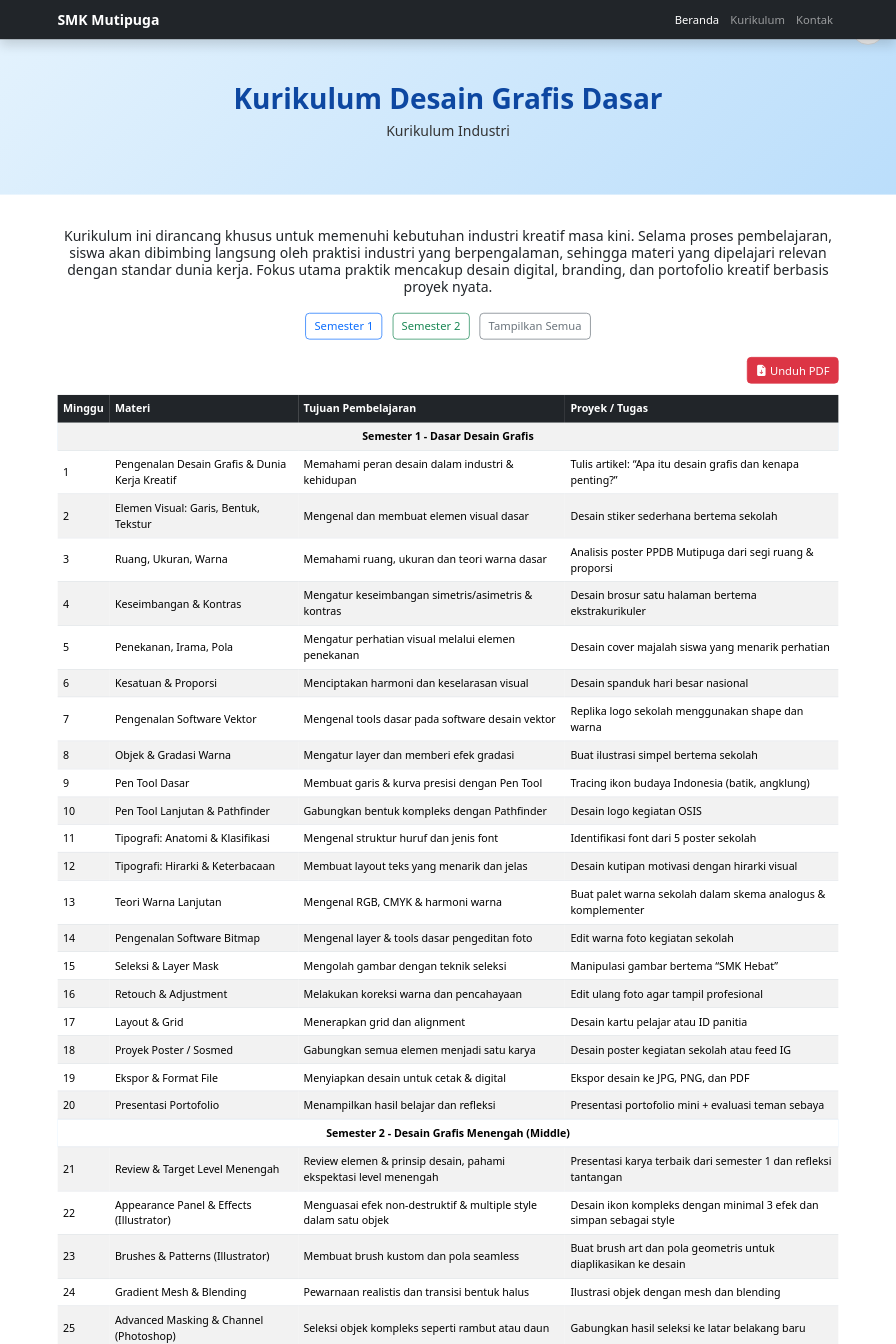
Repository: ppdbsmkmutipuga/kurikulumdesain
Page: index.html
An editor plug-in stored every save of this project. The page is shown before and after a run of saves, followed by the edit.
The browser window is 1280 px wide. The pictures show the part of the page from y = 0 to 1920 px (the page is 2957 px tall), at 70% of full size.

Above is the page before, as saved 2025-07-01 05:23:47.

### index.html
<!DOCTYPE html>
<html lang="id">

<head>
    <meta charset="UTF-8" />
    <meta name="viewport" content="width=device-width, initial-scale=1.0" />
    <title>Kurikulum Desain Grafis - SMK Mutipuga</title>
    <link href="https://cdn.jsdelivr.net/npm/bootstrap@5.3.3/dist/css/bootstrap.min.css" rel="stylesheet" />
    <link href="https://cdnjs.cloudflare.com/ajax/libs/aos/2.3.4/aos.css" rel="stylesheet" />
    <link href="https://cdn.jsdelivr.net/npm/bootstrap-icons@1.10.5/font/bootstrap-icons.css" rel="stylesheet">
    <link rel="stylesheet" href="style.css">
    <script src="https://cdnjs.cloudflare.com/ajax/libs/html2pdf.js/0.10.1/html2pdf.bundle.min.js"></script>

</head>

<body>
    <button class="btn btn-outline-light mode-toggle position-fixed top-0 end-0 m-3" onclick="toggleMode()"
        title="Mode Gelap/Terang">
        <i class="bi bi-moon-stars-fill"></i>
    </button>


    <!-- Navbar -->
    <nav class="navbar navbar-expand-lg navbar-dark bg-dark sticky-top shadow">
        <div class="container">
            <a class="navbar-brand fw-bold" href="#">SMK Mutipuga</a>
            <button class="navbar-toggler" type="button" data-bs-toggle="collapse" data-bs-target="#navMenu"
                aria-controls="navMenu" aria-expanded="false" aria-label="Toggle navigation">
                <span class="navbar-toggler-icon"></span>
            </button>
            <div class="collapse navbar-collapse" id="navMenu">
                <ul class="navbar-nav ms-auto mb-2 mb-lg-0">
                    <li class="nav-item">
                        <a class="nav-link active" href="#">Beranda</a>
                    </li>
                    <li class="nav-item">
                        <a class="nav-link" href="#pdf-content">Kurikulum</a>
                    </li>
                    <li class="nav-item">
                        <a class="nav-link" href="#footer">Kontak</a>
                    </li>
                </ul>
            </div>
        </div>
    </nav>

    <!-- Hero Section -->
    <section class="hero" data-aos="fade-down">
        <div class="container">
            <h1>Kurikulum Desain Grafis Dasar</h1>
            <p class="lead">Kurikulum Industri</p>
        </div>
    </section>

    <!-- Table Section -->
    <section class="container my-5" data-aos="fade-up">
        <h5 class="section-title text-center">
            Kurikulum ini dirancang khusus untuk memenuhi kebutuhan industri kreatif masa kini.
            Selama proses pembelajaran, siswa akan dibimbing langsung oleh praktisi industri yang berpengalaman,
            sehingga materi yang dipelajari relevan dengan standar dunia kerja.
            Fokus utama praktik mencakup desain digital, branding, dan portofolio kreatif berbasis proyek nyata.
        </h5>

        <div class="filter-buttons">
            <button class="btn btn-outline-primary" onclick="filterSemester(1)">Semester 1</button>
            <button class="btn btn-outline-success" onclick="filterSemester(2)">Semester 2</button>
            <button class="btn btn-outline-secondary" onclick="filterSemester(0)">Tampilkan Semua</button>
        </div>
        <div class="text-end my-3">
            <button class="btn btn-danger" onclick="downloadPDF()">
                <i class="bi bi-file-earmark-arrow-down-fill"></i> Unduh PDF
            </button>
        </div>

        <div id="pdf-content">
            <div class="table-container">
                <div class="table-responsive">
                    <table class="table table-striped table-hover align-middle mb-0" id="kurikulumTable">
                        <thead class="table-dark">
                            <tr>
                                <th scope="col">Minggu</th>
                                <th scope="col">Materi</th>
                                <th scope="col">Tujuan Pembelajaran</th>
                                <th scope="col">Proyek / Tugas</th>
                            </tr>
                        </thead>
                        <tbody>

                            <!-- Data rows akan di-load lewat JS -->
                        </tbody>
                    </table>
                </div>
            </div>
    </section>

    <!-- Footer -->
    <footer>
        &copy; 2025 SMK Muhammadiyah 3 Pucang Gading
    </footer>

    <!-- Scripts -->
    <script src="https://cdn.jsdelivr.net/npm/bootstrap@5.3.3/dist/js/bootstrap.bundle.min.js"></script>
    <script src="https://cdnjs.cloudflare.com/ajax/libs/aos/2.3.4/aos.js"></script>
    <script src="script.js"></script>
</body>

</html>

### style.css
/* =========================
   HERO SECTION
========================= */
.hero {
  padding: 60px 0;
  background: linear-gradient(135deg, #e3f2fd, #bbdefb);
  text-align: center;
}

.hero h1 {
  font-weight: 700;
  font-size: 2.5rem;
  color: #0d47a1;
}

.hero p {
  font-size: 1.25rem;
  color: #333;
}

body.bg-dark .hero {
  background: linear-gradient(135deg, #1e1e1e, #2c2c2c);
}

body.bg-dark .hero h1 {
  color: #90caf9;
}

body.bg-dark .hero p {
  color: #cccccc;
}

/* =========================
   FILTER BUTTONS
========================= */
.filter-buttons {
  text-align: center;
  margin: 20px 0;
}

.filter-buttons .btn {
  margin: 5px;
}

body.bg-dark .btn-outline-primary {
  color: #90caf9;
  border-color: #90caf9;
}

body.bg-dark .btn-outline-success {
  color: #81c784;
  border-color: #81c784;
}

body.bg-dark .btn-outline-secondary {
  color: #b0bec5;
  border-color: #b0bec5;
}

/* =========================
   TABLE SECTION
========================= */
.table-container {
  overflow-x: auto;
}

.table th,
.table td {
  vertical-align: middle !important;
  font-size: 0.95rem;
}

/* Baris header semester (custom row) */
.table .table-header-row {
  background-color: #cce5ff;
  font-weight: 600;
  text-align: center;
}

body.bg-dark .table .table-header-row {
  background-color: #2c3e50;
  color: #ffffff !important;
}

/* DARK MODE TABLE FIX */
body.bg-dark .table,
body.bg-dark .table td,
body.bg-dark .table th {
  color: #f1f1f1 !important;
  background-color: transparent !important;
  opacity: 1 !important;
}

body.bg-dark .table-striped tbody tr:nth-of-type(odd) {
  background-color: #2c2c2c !important;
}

body.bg-dark .table-striped tbody tr:nth-of-type(even) {
  background-color: #1a1a1a !important;
}

body.bg-dark .table-hover tbody tr:hover {
  background-color: #3a3a3a !important;
}

body.bg-dark .table thead th {
  background-color: #111 !important;
  color: #fff !important;
  border-color: #444 !important;
}

body.bg-dark .table-primary {
  background-color: #455a64 !important;
  color: #fff !important;
}

/* =========================
   FOOTER
========================= */
footer {
  padding: 20px;
  text-align: center;
  background-color: #f1f1f1;
  margin-top: 50px;
  font-size: 0.9rem;
  color: #333;
}

body.bg-dark footer {
  background-color: #1e1e1e;
  color: #e0e0e0;
}

/* =========================
   MODE TOGGLE BUTTON
========================= */

.mode-toggle {
  position: fixed;
  top: 15px;
  right: 15px;
  z-index: 51;
  border-radius: 50%;
  width: 48px;
  height: 48px;
  display: flex;
  align-items: center;
  justify-content: center;
  background-color: #f0f0f0;
  color: #333;
  border: 1px solid #ccc;
}

/* Header tabel semester */
.table-header-row {
  background-color: #cce5ff;
  /* mode terang */
  color: #0d47a1;
}

/* Ubah header semester agar lebih gelap dan teks lebih jelas di dark mode */
body.bg-dark .table-header-row {
  background-color: #37474f;
  /* warna gelap yang elegan */
  color: #ffffff;
}

body.bg-dark .mode-toggle {
  background-color: #333;
  color: #fff;
  border: 1px solid #666;
}

/* Footer default */
footer {
  padding: 20px;
  text-align: center;
  background-color: #f1f1f1;
  margin-top: 50px;
  font-size: 0.9rem;
  color: #333;
}

/* Footer saat dark mode */
body.bg-dark footer {
  background-color: #1e1e1e;
  color: #ccc;
}


/* =========================
   RESPONSIVE
========================= */
@media (max-width: 768px) {
  .hero h1 {
    font-size: 1.8rem;
  }

  .hero p {
    font-size: 1rem;
  }

  .table th,
  .table td {
    font-size: 0.85rem;
  }
}

@media (max-width: 576px) {
  .mode-toggle {
    width: 40px;
    height: 40px;
  }

  .hero {
    padding: 40px 0;
  }
}

@media print {
  body {
    background: #fff !important;
    color: #000 !important;
  }

  .mode-toggle,
  .filter-buttons,
  footer {
    display: none !important;
  }

  .table th,
  .table td {
    font-size: 0.75rem;
  }
}

@media print {

  html,
  body {
    width: 210mm;
    height: 297mm;
    margin: 0;
    padding: 0;
    overflow: hidden;
    zoom: 0.75;
    /* Sesuaikan skala agar muat ke PDF */
  }

  .table-container {
    overflow: visible !important;
  }

  .table-responsive {
    overflow: visible !important;
  }

  table {
    table-layout: fixed;
    width: 100% !important;
    word-wrap: break-word;
  }

  .table td,
  .table th {
    font-size: 10pt !important;
    padding: 6px 8px;
    white-space: normal !important;
  }

  .filter-buttons,
  .mode-toggle,
  footer {
    display: none !important;
  }
}

### script.js
// Inisialisasi animasi AOS
AOS.init();

// Data lengkap Week 1–40
const tableData = [
    { week: 'Semester 1 - Dasar Desain Grafis', isHeader: true, semester: 1 },
    { week: 1, materi: 'Pengenalan Desain Grafis & Dunia Kerja Kreatif', tujuan: 'Memahami peran desain dalam industri & kehidupan', tugas: 'Tulis artikel: “Apa itu desain grafis dan kenapa penting?”', semester: 1 },
    { week: 2, materi: 'Elemen Visual: Garis, Bentuk, Tekstur', tujuan: 'Mengenal dan membuat elemen visual dasar', tugas: 'Desain stiker sederhana bertema sekolah', semester: 1 },
    { week: 3, materi: 'Ruang, Ukuran, Warna', tujuan: 'Memahami ruang, ukuran dan teori warna dasar', tugas: 'Analisis poster PPDB Mutipuga dari segi ruang & proporsi', semester: 1 },
    { week: 4, materi: 'Keseimbangan & Kontras', tujuan: 'Mengatur keseimbangan simetris/asimetris & kontras', tugas: 'Desain brosur satu halaman bertema ekstrakurikuler', semester: 1 },
    { week: 5, materi: 'Penekanan, Irama, Pola', tujuan: 'Mengatur perhatian visual melalui elemen penekanan', tugas: 'Desain cover majalah siswa yang menarik perhatian', semester: 1 },
    { week: 6, materi: 'Kesatuan & Proporsi', tujuan: 'Menciptakan harmoni dan keselarasan visual', tugas: 'Desain spanduk hari besar nasional', semester: 1 },
    { week: 7, materi: 'Pengenalan Software Vektor', tujuan: 'Mengenal tools dasar pada software desain vektor', tugas: 'Replika logo sekolah menggunakan shape dan warna', semester: 1 },
    { week: 8, materi: 'Objek & Gradasi Warna', tujuan: 'Mengatur layer dan memberi efek gradasi', tugas: 'Buat ilustrasi simpel bertema sekolah', semester: 1 },
    { week: 9, materi: 'Pen Tool Dasar', tujuan: 'Membuat garis & kurva presisi dengan Pen Tool', tugas: 'Tracing ikon budaya Indonesia (batik, angklung)', semester: 1 },
    { week: 10, materi: 'Pen Tool Lanjutan & Pathfinder', tujuan: 'Gabungkan bentuk kompleks dengan Pathfinder', tugas: 'Desain logo kegiatan OSIS', semester: 1 },
    { week: 11, materi: 'Tipografi: Anatomi & Klasifikasi', tujuan: 'Mengenal struktur huruf dan jenis font', tugas: 'Identifikasi font dari 5 poster sekolah', semester: 1 },
    { week: 12, materi: 'Tipografi: Hirarki & Keterbacaan', tujuan: 'Membuat layout teks yang menarik dan jelas', tugas: 'Desain kutipan motivasi dengan hirarki visual', semester: 1 },
    { week: 13, materi: 'Teori Warna Lanjutan', tujuan: 'Mengenal RGB, CMYK & harmoni warna', tugas: 'Buat palet warna sekolah dalam skema analogus & komplementer', semester: 1 },
    { week: 14, materi: 'Pengenalan Software Bitmap', tujuan: 'Mengenal layer & tools dasar pengeditan foto', tugas: 'Edit warna foto kegiatan sekolah', semester: 1 },
    { week: 15, materi: 'Seleksi & Layer Mask', tujuan: 'Mengolah gambar dengan teknik seleksi', tugas: 'Manipulasi gambar bertema “SMK Hebat”', semester: 1 },
    { week: 16, materi: 'Retouch & Adjustment', tujuan: 'Melakukan koreksi warna dan pencahayaan', tugas: 'Edit ulang foto agar tampil profesional', semester: 1 },
    { week: 17, materi: 'Layout & Grid', tujuan: 'Menerapkan grid dan alignment', tugas: 'Desain kartu pelajar atau ID panitia', semester: 1 },
    { week: 18, materi: 'Proyek Poster / Sosmed', tujuan: 'Gabungkan semua elemen menjadi satu karya', tugas: 'Desain poster kegiatan sekolah atau feed IG', semester: 1 },
    { week: 19, materi: 'Ekspor & Format File', tujuan: 'Menyiapkan desain untuk cetak & digital', tugas: 'Ekspor desain ke JPG, PNG, dan PDF', semester: 1 },
    { week: 20, materi: 'Presentasi Portofolio', tujuan: 'Menampilkan hasil belajar dan refleksi', tugas: 'Presentasi portofolio mini + evaluasi teman sebaya', semester: 1 },
    { week: 'Semester 2 - Desain Grafis Menengah (Middle)', isHeader: true, semester: 2 },
    { week: 21, materi: 'Review & Target Level Menengah', tujuan: 'Review elemen & prinsip desain, pahami ekspektasi level menengah', tugas: 'Presentasi karya terbaik dari semester 1 dan refleksi tantangan', semester: 2 },
    { week: 22, materi: 'Appearance Panel & Effects (Illustrator)', tujuan: 'Menguasai efek non-destruktif & multiple style dalam satu objek', tugas: 'Desain ikon kompleks dengan minimal 3 efek dan simpan sebagai style', semester: 2 },
    { week: 23, materi: 'Brushes & Patterns (Illustrator)', tujuan: 'Membuat brush kustom dan pola seamless', tugas: 'Buat brush art dan pola geometris untuk diaplikasikan ke desain', semester: 2 },
    { week: 24, materi: 'Gradient Mesh & Blending', tujuan: 'Pewarnaan realistis dan transisi bentuk halus', tugas: 'Ilustrasi objek dengan mesh dan blending', semester: 2 },
    { week: 25, materi: 'Advanced Masking & Channel (Photoshop)', tujuan: 'Seleksi objek kompleks seperti rambut atau daun', tugas: 'Gabungkan hasil seleksi ke latar belakang baru', semester: 2 },
    { week: 26, materi: 'Smart Objects & Non-Destructive Workflow', tujuan: 'Menggunakan Smart Object dan Smart Filter dalam editing', tugas: 'Edit foto dengan teknik non-destruktif dan simpan editable', semester: 2 },
    { week: 27, materi: 'Compositing & Manipulasi Foto', tujuan: 'Gabungkan beberapa gambar menjadi satu komposisi yang harmonis', tugas: 'Buat karya bertema surealis/fantasi dengan minimal 3 gambar', semester: 2 },
    { week: 28, materi: 'Font Pairing & Hirarki Tipografi Lanjut', tujuan: 'Gunakan kombinasi font yang efektif dan hirarki teks yang kompleks', tugas: 'Desain halaman majalah atau web dengan 3 level teks dan font pairing', semester: 2 },
    { week: 29, materi: 'Typographic Grid & Readability', tujuan: 'Menggunakan grid dan memahami keterbacaan teks panjang', tugas: 'Rancang ulang artikel agar lebih rapi dan nyaman dibaca', semester: 2 },
    { week: 30, materi: 'Psikologi Warna & Palet Kustom', tujuan: 'Pahami pengaruh warna terhadap persepsi', tugas: 'Buat 2 palet warna untuk brand fiktif, berikan justifikasi', semester: 2 },
    { week: 31, materi: 'Logo & Identitas Visual Dasar', tujuan: 'Pahami jenis-jenis logo dan elemen visual', tugas: 'Analisis logo UKM lokal dan berikan saran pengembangan', semester: 2 },
    { week: 32, materi: 'Logo Variasi & Style Guide Dasar', tujuan: 'Desain versi logo berbeda dan panduan penggunaannya', tugas: 'Buat minimal 3 versi logo + 1 halaman style guide sederhana', semester: 2 },
    { week: 33, materi: 'InDesign: Master Pages', tujuan: 'Mengenal interface dan penggunaan master page', tugas: 'Desain dokumen 4 halaman dengan elemen tetap', semester: 2 },
    { week: 34, materi: 'InDesign: Styles & Text Flow', tujuan: 'Membuat paragraph styles dan mengatur aliran teks', tugas: 'Desain artikel dummy dengan text threading dan paragraph styles', semester: 2 },
    { week: 35, materi: 'UI/UX Design Principles', tujuan: 'Memahami prinsip dasar usability dan perbedaan UI/UX', tugas: 'Analisis aplikasi populer dan evaluasi prinsip usability-nya', semester: 2 },
    { week: 36, materi: 'Desain Elemen UI Dasar', tujuan: 'Desain tombol, form, dan komponen lain dengan berbagai state', tugas: 'Buat set UI: tombol, form, card dengan tampilan konsisten', semester: 2 },
    { week: 37, materi: 'Brief, Riset & Moodboard', tujuan: 'Menganalisis brief dan membuat visual moodboard', tugas: 'Buat moodboard untuk proyek branding fiktif', semester: 2 },
    { week: 38, materi: 'Proyek Integratif', tujuan: 'Menggabungkan semua skill dalam satu proyek besar', tugas: 'Lanjutkan proyek branding/brosur/UI berdasarkan brief', semester: 2 },
    { week: 39, materi: 'Print & Web Optimization', tujuan: 'Optimalkan file desain untuk cetak dan web', tugas: 'Ekspor proyek ke versi cetak (PDF) dan digital (JPG/PNG)', semester: 2 },
    { week: 40, materi: 'Portfolio Review & Karir', tujuan: 'Review proyek akhir dan diskusi karir desain', tugas: 'Presentasikan proyek akhir + 3–5 karya untuk portofolio mini', semester: 2 },
];

const tbody = document.querySelector('#kurikulumTable tbody');

function renderTable(filter) {
    tbody.innerHTML = '';
    let hasPrintedSemester1Header = false;
    let hasPrintedSemester2Header = false;
    tableData.forEach(row => {
        if (filter === 0 || row.semester === filter || row.isHeader) {
            if (row.isHeader) {
                if ((filter === 1 && row.semester === 1 && !hasPrintedSemester1Header) ||
                    (filter === 2 && row.semester === 2 && !hasPrintedSemester2Header) ||
                    filter === 0) {
                    const tr = document.createElement('tr');
                    tr.className = 'table-header-row text-center fw-bold';
                    const td = document.createElement('td');
                    td.setAttribute('colspan', 4);
                    td.textContent = row.week;
                    tr.appendChild(td);
                    tbody.appendChild(tr);
                    if (row.semester === 1) hasPrintedSemester1Header = true;
                    if (row.semester === 2) hasPrintedSemester2Header = true;
                }
            } else {
                if (filter === 0 || row.semester === filter) {
                    const tr = document.createElement('tr');
                    tr.innerHTML = `
            <td>${row.week}</td>
            <td>${row.materi}</td>
            <td>${row.tujuan}</td>
            <td>${row.tugas}</td>
          `;
                    tbody.appendChild(tr);
                }
            }
        }
    });
}

function filterSemester(semester) {
    renderTable(semester);
}

function toggleMode() {
    document.body.classList.toggle('bg-dark');
    document.body.classList.toggle('text-white');
}

renderTable(0);


function downloadPDF() {
    const element = document.getElementById("pdf-content");
    const opt = {
        margin: 0.2,
        filename: "kurikulum-desain-grafis.pdf",
        image: { type: "jpeg", quality: 0.98 },
        html2canvas: {
            scale: 3,        // Lebih tajam
            useCORS: true,   // Jika ada gambar
            allowTaint: true
        },
        jsPDF: {
            unit: "mm",
            format: "a4",
            orientation: "portrait"
        },
        pagebreak: { mode: ['avoid-all', 'css', 'legacy'] }
    };
    html2pdf().set(opt).from(element).save();
}

After the next 2 saves:
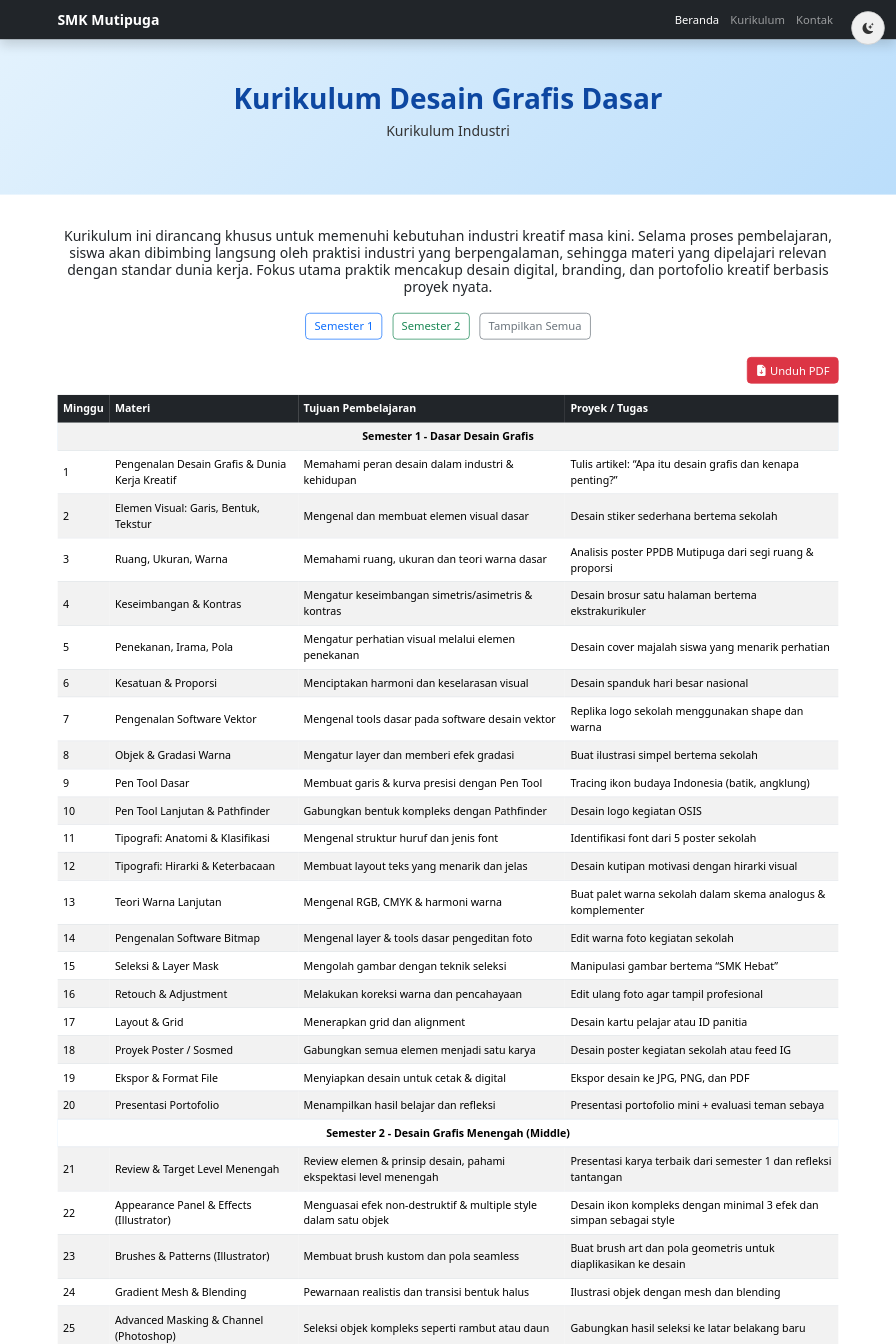
The 2 saves are shown as one change because they came seconds apart.
The last was saved 14 s later.
--- a/style.css
+++ b/style.css
@@ -139,7 +139,7 @@ body.bg-dark footer {
   position: fixed;
   top: 15px;
   right: 15px;
-  z-index: 51;
+  z-index: 1080;
   border-radius: 50%;
   width: 48px;
   height: 48px;
